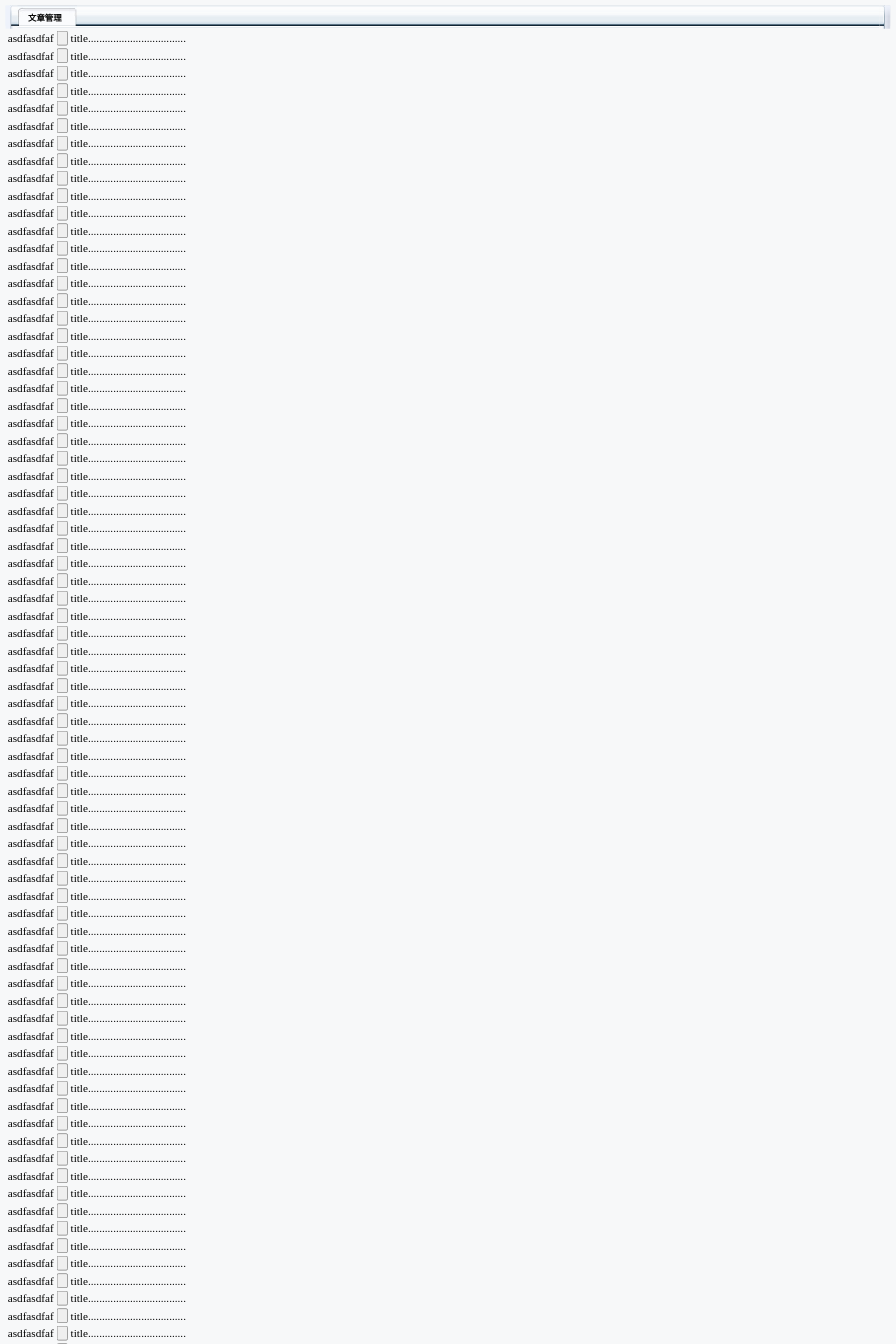
Repository: wzhcxw/shop
Page: ShopOnline/WebContent/admin/newslist.html
These files come from the project's save history. The page is drawn as it stood at one moment and after the next save; the edit follows.
The browser window is 1280 px wide. The pictures show the part of the page from y = 0 to 1920 px (the page is 2572 px tall), at 70% of full size.

Above is the page before, as saved 2014-09-23 17:56:32.

After the next save:
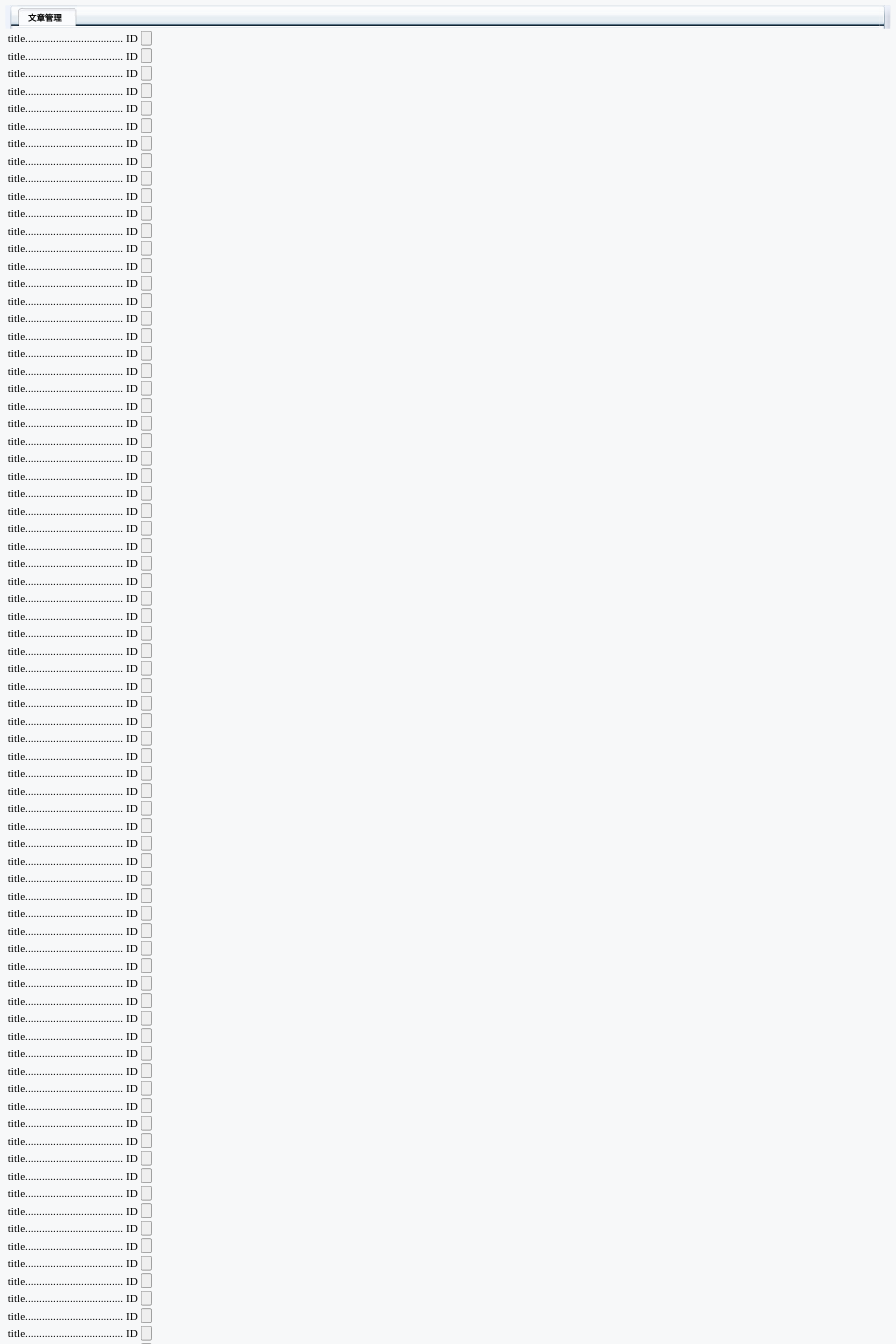
Saved 61 s later.
--- a/ShopOnline/WebContent/admin/newslist.html
+++ b/ShopOnline/WebContent/admin/newslist.html
@@ -30,9 +30,9 @@ For licensing, see LICENSE.md or http://ckeditor.com/license
 	        var newTd3 = newTr.insertCell();
 
 	        //设置列内容和属性
-	        newTd1.innerHTML = '<input type=button width="50" id="box4">';
-	        newTd0.innerHTML = '<div>asdfasdfaf</div>';
-	        newTd2.innerHTML = '<div>title...................................';
+	        newTd1.innerHTML = '<div>ID</div>';
+	        newTd0.innerHTML = '<div>title...................................</div>';
+	        newTd2.innerHTML = '<input type=button width="50" id="box4">';
 		}
 
 	}
